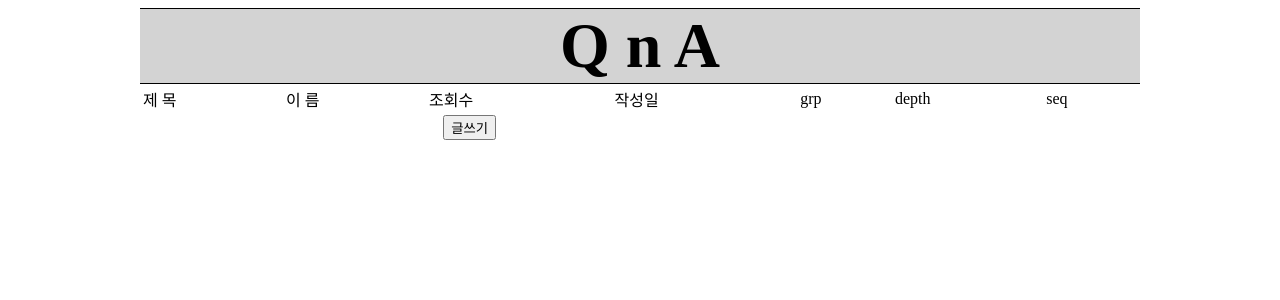
Repository: shbaksa/study
Page: http://localhost/mw_0620/qna2/list.jsp
These files come from the project's save history. The page is drawn as it stood at one moment and after the next save; the edit follows.
The browser window is 1280 px wide. The pictures show the whole page.
The page is served by Tomcat 9. Queries for data that is not in the repository find no rows.

Above is the page before, as saved 2022-06-20 07:46:53.

### mw_0620/src/main/webapp/qna2/list.jsp
<%@ page language="java" contentType="text/html; charset=UTF-8"
    pageEncoding="UTF-8"%>
<!DOCTYPE html>
<%@ page import="java.sql.*" %>
<html>
<head>
<meta charset="UTF-8">
<title>QnA</title>
	<%
		// DB연결
		Class.forName("com.mysql.jdbc.Driver");
  		String db="jdbc:mysql://localhost:3306/first";
		Connection conn=DriverManager.getConnection(db,"root","1234");


		// 쿼리생성
		String sql = "select * from qna order by grp asc";

		// 심부름꾼
		PreparedStatement pstmt = conn.prepareStatement(sql);

		// 쿼리실행
		ResultSet rs = pstmt.executeQuery();

		String grp = request.getParameter("grp");

		sql = "select * from qna where grp=?";
		PreparedStatement pstmt1 = conn.prepareStatement(sql);
		pstmt1.setString(1, grp);
		ResultSet rs1 = pstmt1.executeQuery();


	%>
	<style>

		caption {
			border-top : 1px solid black;
			border-bottom : 1px solid black;
			background : lightgray;
		}
		b {
			font-size : 64px;
		}

		#del {
			/* display : none; */
			visibility : hidden;
		}
	</style>
	<script>
		function view(n) {

			document.getElementById("del"+n).style.visibility="visible";


		}
	</script>

</head>
<body>

	<table width="1000" align="center">
	<caption><b>Q  n  A</b></caption>
	<tr>
	<td>제 목</td>
	<td>이 름</td>
	<td>조회수</td>
	<td>작성일</td>
	<td>grp</td>
	<td>depth</td>
	<td>seq</td>
	</tr>
	<% while(rs.next()) { %>
	<tr>
	<% String str="";
	if (rs.getInt("depth")!=1 ) {
		for(int i=1; i<rs.getInt("depth");i++) {
			str=str+"&nbsp;&nbsp;";
		}
		str=str+"ㄴ";
	}%>
	<td><%=str %><a href="readnum.jsp?id=<%=rs.getInt("id")%>"><%=rs.getString("title") %></a></td>
	<td onclick="view(<%=rs.getInt("seq")%>)"><%=rs.getString("name") %></td>
	<td><%=rs.getString("readnum") %></td>
	<td><%=rs.getString("writeday") %></td>
	<td><%=rs.getInt("grp") %></td>
	<td><%=rs.getInt("depth") %></td>
	<td><%=rs.getInt("seq") %></td>
	</tr>
	<tr style="visibility:hidden;" id="del<%=rs.getInt("seq")%>">
	<form method="post" action="write2.jsp">
	<input type="hidden" name="grp" value="<%=rs.getInt("grp")%>">
	<input type="hidden" name="depth" value="<%=rs.getInt("depth")%>">
	<input type="hidden" name="seq" value="<%=rs.getInt("seq")%>">
	<td><input type="text" name="title" placeholder="제목"></td>
	<td><input type="text" name="name" placeholder="작성자"></td>
	<td><input type="password" name="pwd" placeholder="비빌번호"></td>
	<td><input type="submit" value="댓글작성"><td>
	</form>
	</tr>
		<% while(rs1.next()) { %>
		<tr>
		<td><%=rs1.getString("title") %><td>
		<td><%=rs1.getString("name") %></td>
		<td><%=rs1.getString("readnum") %></td>
		<td><%=rs1.getString("writeday") %></td>
		</tr>

	<%
	}}
	%>


	<%-- <% while(rs.next()) {%>
	<tr>
	<td><%=rs.getString("title") %></td>
	<td><%=rs.getString("name") %></td>
	<td><%=rs.getString("writeday") %></td>
	</tr>
	<% } %> --%>
	<tr>
	<td colspan="4" align="center" onclick="location='write.jsp'"> <input type="submit" value="글쓰기"></td>
	</tr>
	</table>

</body>
</html>
<%
	rs.close();
	pstmt.close();
	conn.close();
%>

After the next save:
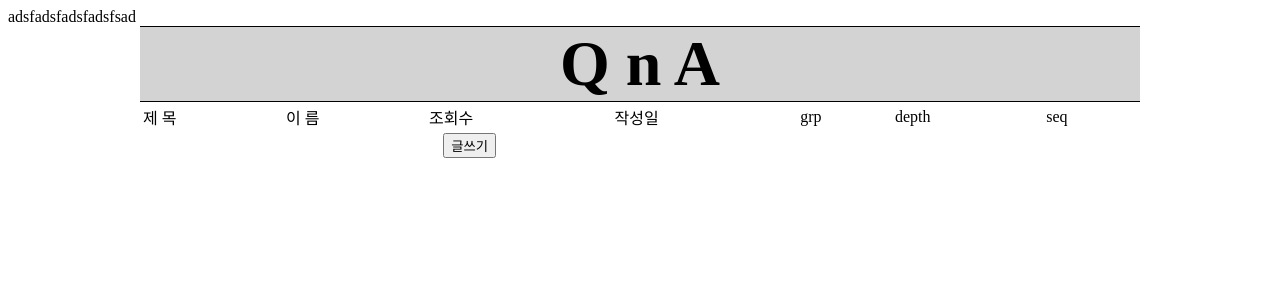
Saved 32 s later.
--- a/mw_0620/src/main/webapp/qna2/list.jsp
+++ b/mw_0620/src/main/webapp/qna2/list.jsp
@@ -109,7 +109,7 @@
 	<%
 	}}
 	%>
-
+	adsfadsfadsfadsfsad
 
 	<%-- <% while(rs.next()) {%>
 	<tr>
